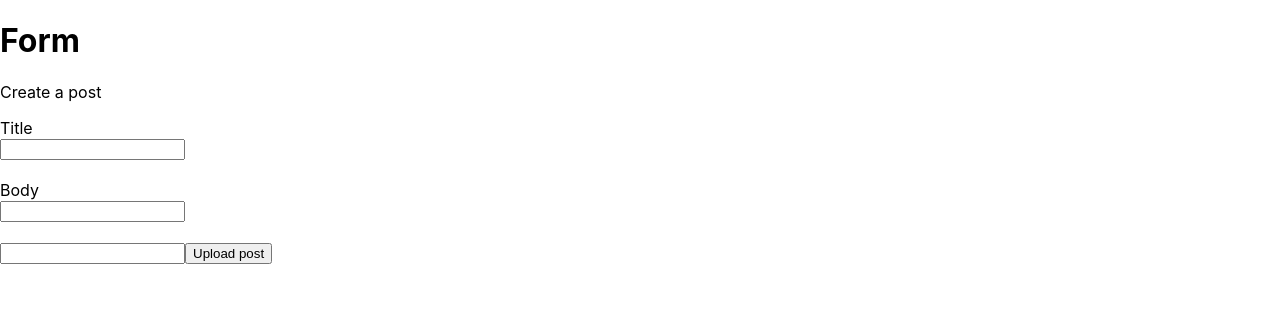
Repository: OmniaRafat232111121/Reacttypescriptcourse
Page: /
These files come from the project's save history. The page is drawn as it stood at one moment and after a run of saves; the edit follows.
The browser window is 1280 px wide. The pictures show the whole page.
The project was rebuilt for these pictures with package versions that can differ from the ones it lists, and the page was loaded fresh each time.

Above is the page before, as saved 2022-09-14 00:26:26.

### src/index.tsx
import React from 'react';
import ReactDOM from 'react-dom/client';
import './index.css';
import App from './App';
const root = ReactDOM.createRoot(
  document.getElementById('root') as HTMLElement
);
root.render(
  <React.StrictMode>
  <App/>
  </React.StrictMode>
);

### src/App.tsx
import HandleForm from "./component/HandleForm";
import State from "./component/State";

export default function App(){
  return(
    // <State/>
    <HandleForm/>
  )
}

### src/component/HandleForm.tsx

import { useState } from "react";

const defaultFormData = {
  title: "",
  body: "",
  name:" "
};

export default function HandleForm() {
  const [formData, setFormData] = useState(defaultFormData);
  const { title, body,name } = formData;
  const onChange = (e:React.ChangeEvent<HTMLInputElement>) => {
    setFormData((prevState) => ({
      ...prevState,
      [e.target.id]: e.target.value,
    }));
  };

  const onSubmit = (e: React.FormEvent<HTMLFormElement>) => {
    e.preventDefault();
    console.log(formData);
    setFormData(defaultFormData);
  };

  return (
    <>
      <h1>Form</h1>
      <p>Create a post</p>

      <form onSubmit={onSubmit}>
        <label htmlFor="title">Title</label>
        <br />
        <input type="text" id="title" value={title} onChange={onChange} />
        <br />
        <br />
        <label htmlFor="body">Body</label>
        <br />
        <input type="text" id="body"  value={body} onChange={onChange} />
        <br />
        <br />
        <input type="text" value={name} onChange={onChange} />
        <button type="submit">Upload post</button>
      </form>
    </>
  );
}

Loaded but not shown: public/index.html (common file); src/index.css (common file)

After the next 15 saves:
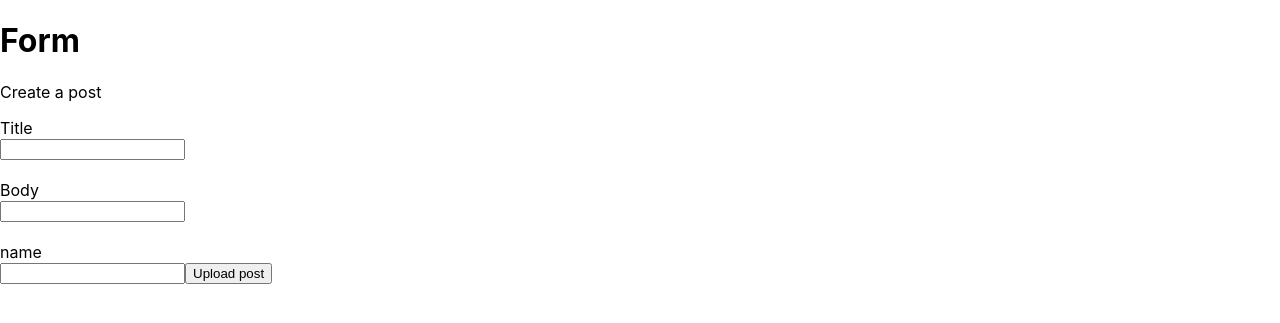
The 15 saves are shown as one change because they came seconds apart.
The last was saved 34 s later.
--- a/src/component/HandleForm.tsx
+++ b/src/component/HandleForm.tsx
@@ -39,7 +39,10 @@ export default function HandleForm() {
         <input type="text" id="body"  value={body} onChange={onChange} />
         <br />
         <br />
-        <input type="text" value={name} onChange={onChange} />
+
+        <label htmlFor="name">name</label>
+        <br />
+        <input type="text" id="name" value={name} onChange={onChange} />
         <button type="submit">Upload post</button>
       </form>
     </>
